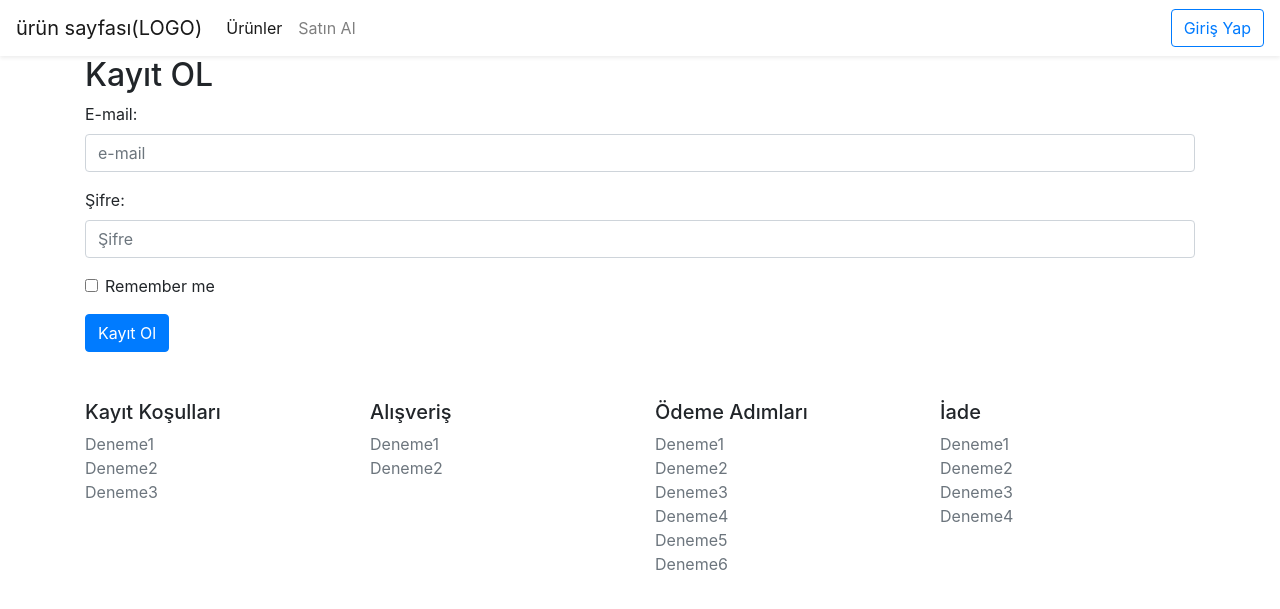
Repository: NergisAktug/E-Commerce-PythonWithFlask-Sqlite3
Page: http://localhost/kayit
These files come from the project's save history. The page is drawn as it stood at one moment and after the next save; the edit follows.
The browser window is 1280 px wide. The pictures show the whole page.
Some web libraries are served in a nearby version. The page is served by the project's application, run on Flask 3 (app.py).

Above is the page before, as saved 2018-12-02 21:28:29.

After the next save:
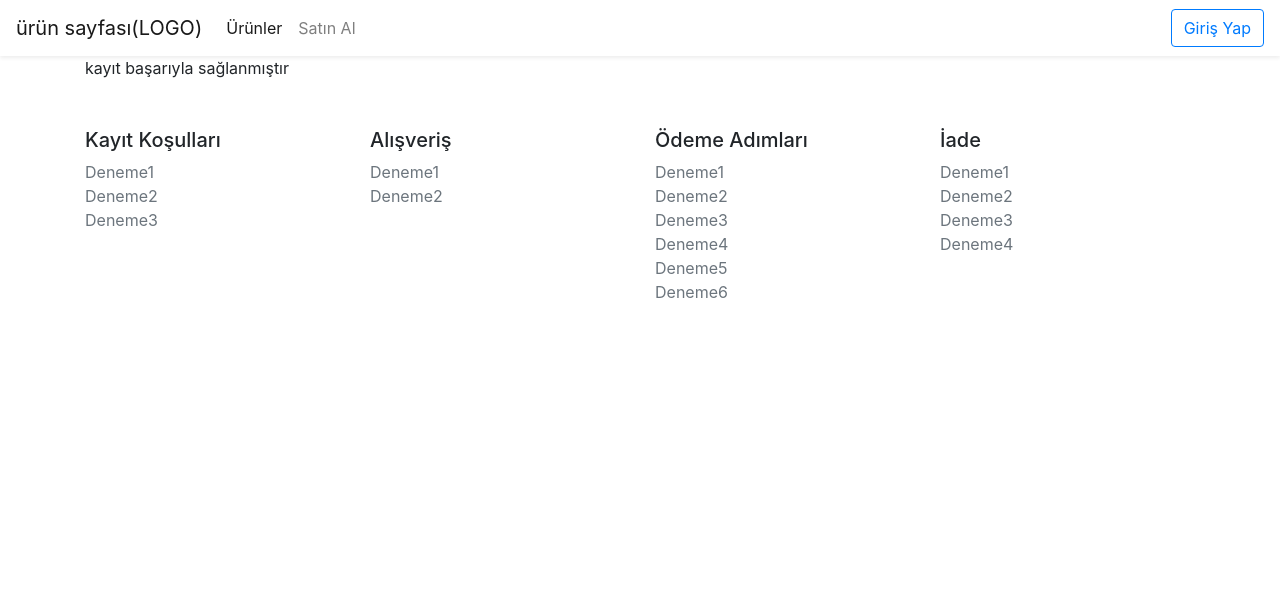
Saved 2 min 52 s later.
--- a/templates/kayit.html
+++ b/templates/kayit.html
@@ -40,7 +40,11 @@
 
     </nav>
     <div class="container">
-            <h2>Kayıt OL</h2>
+
+      {% if data!=[] %}
+        <p>kayıt başarıyla sağlanmıştır</p>
+        {% else %}
+     <h2>Kayıt OL</h2>
             <form action="/kayit" method="POST">
               <div class="form-group">
                 <label for="email">E-mail:</label>
@@ -58,7 +62,7 @@
               <button type="submit" class="btn btn-primary">Kayıt Ol</button>
             </form>
 
-
+            {% endif %}
           </div>
 
    <footer class="my-5">
